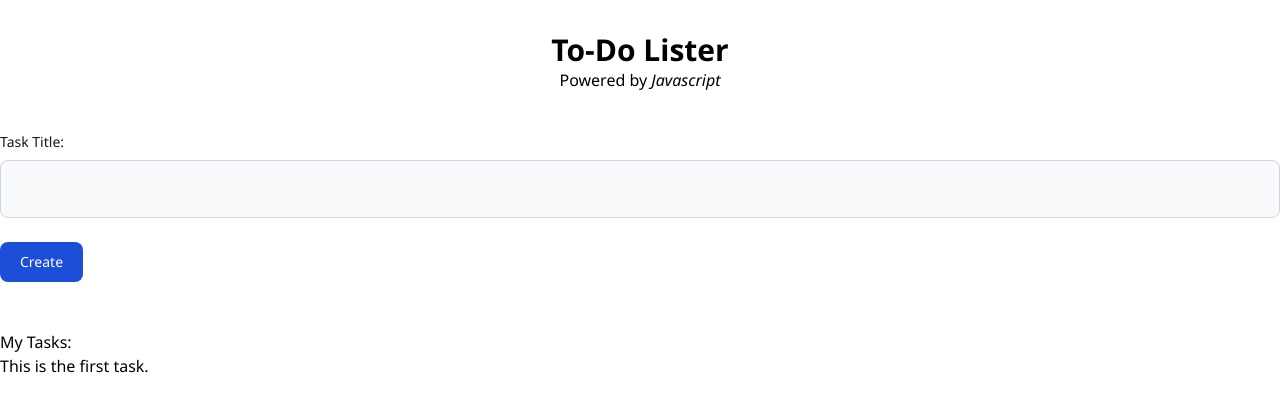
Repository: vxyux/to-do-lister
Page: index.html
An editor plug-in stored every save of this project. The page is shown before and after a run of saves, followed by the edit.
The browser window is 1280 px wide. The pictures show the whole page.
Some web libraries are served in a nearby version.

Above is the page before, as saved 2023-09-04 15:33:59.

After the next 2 saves:
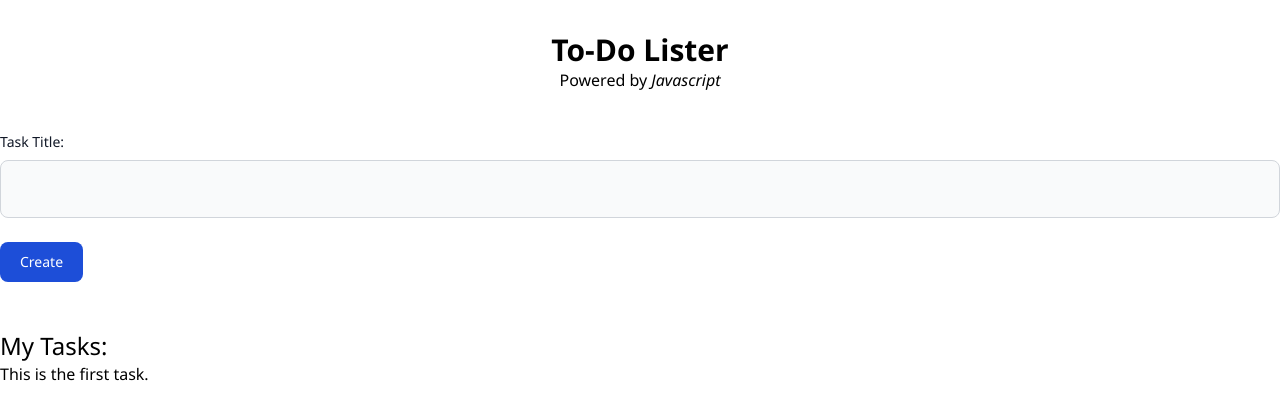
The 2 saves are shown as one change because they came seconds apart.
The last was saved 12 s later.
--- a/index.html
+++ b/index.html
@@ -35,7 +35,7 @@
     </div>
 
     <div class="mt-10">
-      <h3>My Tasks:</h3>
+      <h3 class="text-2xl">My Tasks:</h3>
       <ul id="to-dos">
         <li class="task_item">
           This is the first task.
